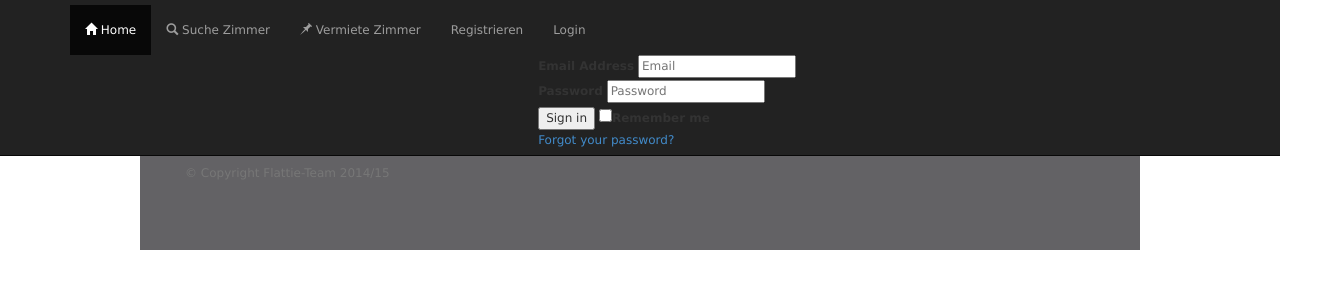
Repository: ese-unibe-ch/ese2014-team2
Page: http://localhost/Skeleton/pages/ads.jsp
These files come from the project's save history. The page is drawn as it stood at one moment and after the next save; the edit follows.
The browser window is 1280 px wide. The page is 1335 px wide, so the pictures cover 1335 px, including what lies to the right of the window. The pictures show the whole page.
Some web libraries are served in a nearby version. The page is served by Tomcat 9. Nobody is signed in. The application's start-up code is not run. Other server files are loaded and not shown. The template is opened directly, without the code that normally fills it, so the values that code supplies are empty.

Above is the page before, as saved 2014-10-16 11:28:08.

### Skeleton/src/main/webapp/pages/ads.jsp
<%@ page language="java" pageEncoding="UTF-8" contentType="text/html;charset=utf-8" %>
<%@ taglib prefix="c" uri="http://java.sun.com/jsp/jstl/core" %>
<%@ taglib prefix="form" uri="http://www.springframework.org/tags/form" %>
<%@ taglib prefix="spring" uri="http://www.springframework.org/tags" %>


<c:import url="template/header.jsp" />


<c:forEach items="${ads}" var="ads">
    <div class="main">
    	<p class="pubimp">${ads.creationDate}</p>
    	<h1 class="newstext">${ads.title}</h1>
    	<table class="smalltable">
    		<tr>
    			<td>Creator:&nbsp;&nbsp;
    			<td>${ads.creator}
    		</tr>
    		<tr>
    			<td>Limited:&nbsp;&nbsp;
    			<td>${ads.isLimited}
    		</tr>
    		<tr>
    			<td>Rooms:&nbsp;&nbsp;
    			<td>${ads.rooms}
    		</tr>
    		<tr>
    			<td>Space:&nbsp;&nbsp;
    			<td>${ads.space}
    		</tr>
    		<tr>
    			<td>Description:&nbsp;&nbsp;
    			<td>${ads.description}
    		</tr>
    		<tr>
		<td><a href="../">Back</a>
		<td><a href="adprofile?adId=${ads.id}">Details</a>
	</td>
    	</table>
    </div>
</c:forEach>



	<c:if test="${page_error != null }">
        <div class="alert alert-error">
            <button type="button" class="close" data-dismiss="alert">&times;</button>
            <h4>Error!</h4>
                ${page_error}
        </div>
    </c:if>


<c:import url="template/footer.jsp" />

### Skeleton/src/main/webapp/pages/template/header.jsp
<!DOCTYPE html>
<html lang="en">
<http use-expressions="true">


    	<meta charset="utf-8">

    	<title>Flattie</title>

    	<link rel="stylesheet" type="text/css" href="css/stylesheet.css" media="all"/>
    	<link rel="stylesheet" type="text/css" href="css/bootstrap.min.css" media="screen" />
    	<link rel="shortcut icon" href="img/favicon.ico"/>
    	<script type="text/javascript" src="http://code.jquery.com/jquery-2.1.1.min.js"></script>
		<script src="http://ajax.googleapis.com/ajax/libs/jquery/1.4.2/jquery.min.js?ver=1.4.2"></script>
    	<script type="text/javascript"  src="dn.com/bootstrap/3.2.0/js/bootstrap.min.js"></script>
    	<script src="js/login.js"></script>


    	<!-- HTML5 shim, for IE6-8 support of HTML5 elements -->
    	<!--[if lt IE 9]>
    	<script src="http://html5shim.googlecode.com/svn/trunk/html5.js"></script>
    	<![endif]-->
<!--   WASTE!
    	<style>
        	body {
         	   padding-top: 60px; /* 60px to make the container go all the way to the bottom of the topbar */
        	}
    	</style>
    -->



</head>
<body>
<%@ page language="java" pageEncoding="UTF-8" contentType="text/html;charset=utf-8" %>
<%@ taglib prefix="c" uri="http://java.sun.com/jsp/jstl/core" %>
<%@ taglib prefix="form" uri="http://www.springframework.org/tags/form" %>
<%@ taglib prefix="spring" uri="http://www.springframework.org/tags" %>
<%@ taglib prefix="security" uri="http://www.springframework.org/security/tags" %>

   	  <link href="http://ajax.googleapis.com/ajax/libs/jqueryui/1.8/themes/ui-lightness/jquery-ui.css" rel="stylesheet" type="text/css"/>
      <script src="http://ajax.googleapis.com/ajax/libs/jquery/1.5/jquery.min.js"></script>
      <script src="http://ajax.googleapis.com/ajax/libs/jqueryui/1.8/jquery-ui.min.js"></script>

      <script>
      $(document).ready(function() {
        $("#datepicker").datepicker();
      });
      </script>

       <script>
      $(document).ready(function() {
        $("#datepicker2").datepicker();
      });
      </script>

<security:authorize access="isAnonymous()">
    <!-- Fixed navbar -->
    <nav class="navbar navbar-inverse navbar-fixed-top" role="navigation">
      <div class="container">
        <div class="navbar-header">
          <button type="button" class="navbar-toggle collapsed" data-toggle="collapse" data-target="#navbar" aria-expanded="false" aria-controls="navbar">
            <span class="sr-only">Toggle navigation</span>
            <span class="icon-bar"></span>
            <span class="icon-bar"></span>
            <span class="icon-bar"></span>
          </button>

        </div>
        <div id="navbar" class="navbar-collapse collapse">
          <ul class="nav navbar-nav">
            <li class="active"><a href="/Skeleton"><span class="glyphicon glyphicon-home" aria-hidden="true"></span> Home  </a></li>
            <li><a href="unfilteredAds" id="navads"><span class="glyphicon glyphicon-search" aria-hidden="true"></span><span> Suche Zimmer  </span></a>
            <li><a href="placead" id="navpads"><span class="glyphicon glyphicon-pushpin" aria-hidden="true"></span><span> Vermiete Zimmer  </span></a>
            <li><a href="register">Registrieren</a></li>
            <li><a href="#" id="loginButton"><span>Login</span><em></em></a>

                <div style="clear:both"></div>
                <div id="loginBox">
                    <form id="loginForm" name="loginForm" action="<c:url value='j_spring_security_check' />" method="POST">
                        <fieldset id="body">
                            <fieldset>
                                <label for="email">Email Address</label>
                                <input type="text" name="j_username" id="email" placeholder="Email" />
                            </fieldset>
                            <fieldset>
                                <label for="password">Password</label>
                                <input type="password" name="j_password" id="password" placeholder="Password" />
                            </fieldset>
                            <input type="submit" id="login" value="Sign in" />
                            <label for="checkbox"><input type="checkbox" id="checkbox" />Remember me</label>
                        </fieldset>
                        <span><a href="#">Forgot your password?</a></span>
                    </form>
                </div></li>
          </ul>
        </div><!--/.nav-collapse -->
      </div>
    </nav>
</security:authorize>

<security:authorize access="isAuthenticated()">
	    <!-- Fixed navbar -->
    <nav class="navbar navbar-inverse navbar-fixed-top" role="navigation">
      <div class="container">
        <div class="navbar-header">
          <button type="button" class="navbar-toggle collapsed" data-toggle="collapse" data-target="#navbar" aria-expanded="false" aria-controls="navbar">
            <span class="sr-only">Toggle navigation</span>
            <span class="icon-bar"></span>
            <span class="icon-bar"></span>
            <span class="icon-bar"></span>
          </button>
        </div>
        <div id="navbar" class="navbar-collapse collapse">
          <ul class="nav navbar-nav">
            <li class="active"><a href="/Skeleton"><span class="glyphicon glyphicon-home" aria-hidden="true"></span>  Home</a></li>
            <li><a href="unfilteredAds" id="navads"><span class="glyphicon glyphicon-search" aria-hidden="true"></span><span>  Suche Zimmer  </span><em></em></a>
            <li><a href="placead" id="navpads"><span class="glyphicon glyphicon-pushpin" aria-hidden="true"></span><span>  Vermiete Zimmer  </span> <em></em></a>
            <li><a href="myprofile">Profil</a></li>
            <c:choose>
			<c:when test="${messageNmbr > 0}">
				<li><a href="myinbox">Briefkasten <span style="background-color:#CC0000" class="badge"> +</span></a></li>
			</c:when>
			<c:otherwise>
				<li><a href="myinbox">Briefkasten </a></li>
			</c:otherwise>
		</c:choose>

            <li class="hover_drop_down">
          		<a href="#" class="dropdown-toggle" data-toggle="dropdown" role="button" aria-expanded="false">Inserate <span class="caret"></span></a>
          			<ul class="dropdown-menu" role="menu">
            			<li><a href="myads">Inserate</a></li>
            			<li class="divider"></li>
            			<li><a href="appointments?showTab=1">Besichtigungen</a></li>
            			<li class="divider"></li>
            			<li><a href="bookmarks"><span class="glyphicon glyphicon-star" aria-hidden="true"></span>   Favoriten</a></li>
            			<li class="divider"></li>
            			<li><a href="showInteressentsOverview">Interessenten</a></li>
          			</ul>
        	</li>



            <li><a href="logout"><span class="glyphicon glyphicon-log-out" aria-hidden="true"></span>   Logout  </a></li>
          </ul>
        </div><!--/.nav-collapse -->
      </div>
    </nav>
</security:authorize>

<div id="push_header"></div>


<c:if test="${isIndexPage eq true}">
<div id="header">

    <!-- Carousel
    ================================================== -->
    <div id="myCarousel" class="carousel slide">
      <div class="carousel-inner">
        <div class="item active">
          <!--<img src="img/slider/Fotolia_30977559_XS.jpg" alt="slide 1">-->
          <img src="img/slider_orange.gif" alt="Slide1">
          <div class="container">
            <div class="carousel-caption">
            	<h1><font color="#D5DED9">Flattie</font></h1>
            	<p><font color="black" size="4">Ein WG Zimmer vermieten war noch nie so einfach!</font></p>
            	<p><font color="black" size="4">Probiere es jetzt aus und melde dich <a href="register"><b>HIER</b></a> an!</font></p>
            </div>
          </div>
        </div>
        <div class="item">
          <img src="img/slider_fancyblue.gif" alt="Slide2">
          <div class="container">
            <div class="carousel-caption">
            	<h1><font color="#948C75">Flattie </font></h1>
            	<p><font color="black" size="4"> Finde dein Traumzimmer mit wenigen Klicks!</font><p>
            </div>
          </div>
        </div>
       <!--   <div class="item">
          <img src="img/slider_lightmarine.gif" alt="Slide3">
          <div class="container">
            <div class="carousel-caption">
            	<h1><font color="#D9CEB2">"Öppis sinnvolles!" - Mathias Fuchs 26.11.14 11:50</font></h1>
            	<p><font color="black">HAIL TO THE KING!</font></p>
            </div>
          </div>
        </div>-->
      </div>
      <!-- Controls -->
      <a class="left carousel-control" href="#myCarousel" data-slide="prev"><span class="fa fa-chevron-left fa-2x"></span></a>
      <a class="right carousel-control" href="#myCarousel" data-slide="next"><span class="fa fa-chevron-right fa-2x"></span></a>
    </div>
    <!-- /.carousel -->

<script src="http://codeorigin.jquery.com/jquery-1.10.2.min.js"></script>
<script src="//netdna.bootstrapcdn.com/bootstrap/3.0.3/js/bootstrap.min.js"></script>
<script>
	$('#myCarousel').carousel({
		interval:   6000
	});
</script>

</div>	<!--  END OF #header -->
</c:if>


<div id="container_background">
	<div class="container">

### Skeleton/src/main/webapp/css/stylesheet.css
/*

	OWN STYLESHEET OF DOOM

*/
/*
	better reset first
*/

html, body, div, span, applet, object, iframe,
h1, h2, h3, h4, h5, h6, p, blockquote, pre,
a, abbr, acronym, address, big, cite, code,
del, dfn, em, img, ins, kbd, q, s, samp,
small, strike, strong, sub, sup, tt, var,
b, u, i, center,
dl, dt, dd, ol, ul, li,
fieldset, form, label, legend,
table, caption, tbody, tfoot, thead, tr, th, td,
article, aside, canvas, details, embed,
figure, figcaption, footer, header, hgroup,
menu, nav, output, ruby, section, summary,
time, mark, audio, video {
	margin: 0;
	padding: 0;
	border: 0;
	font-size: 100%;
	font: inherit;
	vertical-align: baseline;
}
/* HTML5 display-role reset for older browsers */
article, aside, details, figcaption, figure,
footer, header, hgroup, menu, nav, section {
	display: block;
}
body {
	line-height: 1;
}
ol, ul {
	list-style: none;
}
blockquote, q {
	quotes: none;
}
blockquote:before, blockquote:after,
q:before, q:after {
	content: '';
	content: none;
}
table {
	border-collapse: collapse;
	border-spacing: 0;
}

/*

	New Content after reset starts here!

	Quicklist:
		- Lightblue colorset: 	#3fa9f5
		- Headerwhite: 			#f9f9f9
		- Container grey:		#e0e0e0
		- Footer black: 		#636265
*/



body {
	padding:0;
	margin:0;
	background-color:#3fa9f5;
}

.main {
	margin:10px;
	line-height:15px;
	padding-bottom:2px;
	text-transform:none;
	font-family:Verdana, Arial, Helvetica, sans-serif;
	font-size:12px;
	font-weight:none;
	padding-bottom:5px;
	padding:5px;
	width:900px;
	margin-left:auto;
	margin-right:auto;
	margin-top: 5px;
	margin-bottom: 5px;
	background-color:white;
	border-top-left-radius: 5pt 5pt;
 	border-top-right-radius: 5pt 5pt;
  	border-bottom-right-radius: 5pt 5pt;
  	border-bottom-left-radius: 5pt 5pt;
}


#loginbar {
	height:35px;
	background-color:black;
	widht:100%;
}

#header {
	background-color:#f9f9f9;
	height:200px;
	width:100%;
	border-bottom-right-radius: 5pt 5pt;
  	border-bottom-left-radius: 5pt 5pt;
}

#header_wrapper {
	padding-top:3%;
	width:900px;
	margin-left:auto;
	margin-right:auto;
}

#header h1 {
	text-transform:uppercase;
	text-decoration:none;
	font-family:Verdana, Arial, Helvetica, sans-serif;
	font-size:25px;
	font-weight:bold;
}

#header p {
	text-transform:uppercase;
	text-decoration:none;
	font-family:Verdana, Arial, Helvetica, sans-serif;
	font-size:14px;
	font-weight:none;
}

.container {
	margin-left:auto;
	margin-right:auto;
	width:900px;
	height:100%;
	text-transform:none;
	text-decoration:none;
	font-family:Verdana, Arial, Helvetica, sans-serif;
	font-size:12px;
	font-weight:none;
	padding:5px;
}

.container h1 {
	text-transform:uppercase;
	text-decoration:none;
	font-family:Verdana, Arial, Helvetica, sans-serif;
	font-size:16px;
	font-weight:bold;
	padding:10px;
}

.container p {
	text-transform:none;
	text-decoration:none;
	font-family:Verdana, Arial, Helvetica, sans-serif;
	font-size:12px;
	font-weight:none;
	padding:5px;
}

#container_background {

	margin-left:auto;
	margin-right:auto;
	width:1000px;
	height:100%;
	/* background-color:#e0e0e0; */
	border-top-left-radius: 5pt 5pt;
 	border-top-right-radius: 5pt 5pt;
  	border-bottom-right-radius: 5pt 5pt;
  	border-bottom-left-radius: 5pt 5pt;
  	padding-bottom:120px;
}

#push {
	height:120px;
}

#footer {
	padding:25px;
	margin-left:auto;
	margin-right:auto;
	width:1000px;
	height:120px;
	background-color:#636265;
	border-top-left-radius: 5pt 5pt;
 	border-top-right-radius: 5pt 5pt;
}

#footer_wrapper {
	margin-top:-120px;
	width:100%;
	position:relative;
	bottom:0;
	left:0;
	clear:both;

}

.main_button_left_big {
	height:300px;
	width:440px;
	float:left;
/*	background-color:#f9f9f9; */
	background-color:white;
	margin:5px;
	border-top-left-radius: 5pt 5pt;
 	border-top-right-radius: 5pt 5pt;
  	border-bottom-right-radius: 5pt 5pt;
  	border-bottom-left-radius: 5pt 5pt;
}

.main_button_right_big {
	height:300px;
	width:440px;
	float:right;
/*	background-color:#f9f9f9;*/
 	background-color:white;
	margin:5px;
	border-top-left-radius: 5pt 5pt;
 	border-top-right-radius: 5pt 5pt;
  	border-bottom-right-radius: 5pt 5pt;
  	border-bottom-left-radius: 5pt 5pt;
}

.main_button_left_small {
	height:150px;
	width:440px;
	float:left;
/*	background-color:#f9f9f9; */
	background-color:white;
	margin:5px;
	border-top-left-radius: 5pt 5pt;
 	border-top-right-radius: 5pt 5pt;
  	border-bottom-right-radius: 5pt 5pt;
  	border-bottom-left-radius: 5pt 5pt;
}

.main_button_right_small {
	height:150px;
	width:440px;
	float:right;
/*	background-color:#f9f9f9;*/
 	background-color:white;
	margin:5px;
	border-top-left-radius: 5pt 5pt;
 	border-top-right-radius: 5pt 5pt;
  	border-bottom-right-radius: 5pt 5pt;
  	border-bottom-left-radius: 5pt 5pt;
}

#mbr1 {
	height:150px;
	width:150px;
	margin:auto;
	background-image:url('../img/house_add.jpg');
}

#mbl1 {
	height:150px;
	width:150px;
	margin:auto;
	background-image:url('../img/house_qm.jpg');
}

#mbr2 {
	height:150px;
	width:150px;
	margin:auto;
	background-image:url('../img/ppl_add.jpg');
}

#mbl2 {
	height:150px;
	width:150px;
	margin:auto;
	background-image:url('../img/pplqm.jpg');
}


/*
	SOCIAL MEDIA IN FOOTER

*/

#socialmedia {
	float:right;
	display:inline;
	margin-top:25px;
	margin-left:auto;
	margin-right:auto;
}

#facebook {
	background-image:url("../img/facebook.jpg");
	width:66px;
	height:66px;
}

#twitter {
	background-image:url("../img/twitter.jpg");
	width:66px;
	height:66px;
}

#gplus {
	background-image:url("../img/gplus.jpg");
	width:66px;
	height:66px;
}

#rss {
	background-image:url("../img/rss.jpg");
	width:66px;
	height:66px;
}

/*
	TABLES

*/
.signupform {
	margin-left:auto;
	margin-right:auto;
}

.signupform tr{
	height:50px;
}

/*
	BUTTONS

*/

.btnblue {
	margin:10px;
	border:none;
	height:50px;
	width:100px;
	text-transform:uppercase;
	text-decoration:none;
	font-family:Verdana, Arial, Helvetica, sans-serif;
	font-size:14px;
	font-weight:bold;
	background-color:#3fa9f5;
	border-top-left-radius: 5pt 5pt;
 	border-top-right-radius: 5pt 5pt;
  	border-bottom-right-radius: 5pt 5pt;
  	border-bottom-left-radius: 5pt 5pt;
}

.btnred {
	margin:10px;
	border:none;
	height:50px;
	width:100px;
	text-transform:uppercase;
	text-decoration:none;
	font-family:Verdana, Arial, Helvetica, sans-serif;
	font-size:14px;
	font-weight:bold;
	background-color:#f53f3f;
	border-top-left-radius: 5pt 5pt;
 	border-top-right-radius: 5pt 5pt;
  	border-bottom-right-radius: 5pt 5pt;
  	border-bottom-left-radius: 5pt 5pt;
}

/*

	CONTROL CLASSES COPIED FROM main.css
*/
.controls input {
	padding: 10px;
  border: solid 1px #fff;
  box-shadow: inset 1px 1px 2px 0 #707070;
  transition: box-shadow 0.3s;
  border-top-left-radius: 5pt 5pt;
 	border-top-right-radius: 5pt 5pt;
  	border-bottom-right-radius: 5pt 5pt;
  	border-bottom-left-radius: 5pt 5pt;
}

.controls input:focus,
.controls input.focus {
	box-shadow: inset 1px 1px 2px 0 #c9c9c9;
  border-top-left-radius: 5pt 5pt;
 	border-top-right-radius: 5pt 5pt;
  	border-bottom-right-radius: 5pt 5pt;
  	border-bottom-left-radius: 5pt 5pt;
}

/*
.controls input[type="text"] {
  padding: 10px;
  border: solid 1px #fff;
  box-shadow: inset 1px 1px 2px 0 #707070;
  transition: box-shadow 0.3s;
  border-top-left-radius: 5pt 5pt;
 	border-top-right-radius: 5pt 5pt;
  	border-bottom-right-radius: 5pt 5pt;
  	border-bottom-left-radius: 5pt 5pt;
}
.controls input[type="text"]:focus,
.controls input[type="text"].focus {
  box-shadow: inset 1px 1px 2px 0 #c9c9c9;
  border-top-left-radius: 5pt 5pt;
 	border-top-right-radius: 5pt 5pt;
  	border-bottom-right-radius: 5pt 5pt;
  	border-bottom-left-radius: 5pt 5pt;
}
*/

Loaded but not shown: Skeleton/src/main/webapp/pages/template/footer.jsp (common file); Skeleton/src/main/webapp/css/bootstrap.min.css (library); Skeleton/src/main/webapp/js/bootstrap.min.js (library); Skeleton/src/main/webapp/js/login.js (no copy from this time; the picture is the same without it)

After the next save:
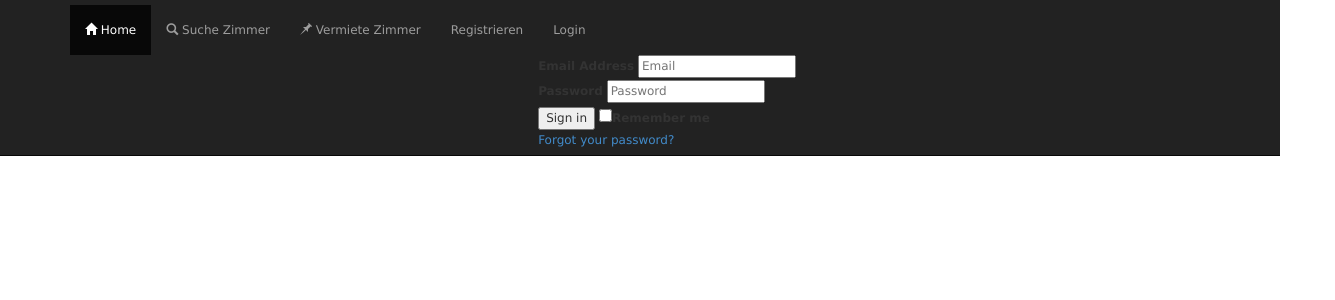
Saved 59 s later.
--- a/Skeleton/src/main/webapp/css/stylesheet.css
+++ b/Skeleton/src/main/webapp/css/stylesheet.css
@@ -161,20 +161,21 @@ body {
 	padding:5px;
 }
 
+/*
 #container_background {
 
 	margin-left:auto;
 	margin-right:auto;
 	width:1000px;
 	height:100%;
-	/* background-color:#e0e0e0; */
+	background-color:#e0e0e0;
 	border-top-left-radius: 5pt 5pt;
  	border-top-right-radius: 5pt 5pt;
   	border-bottom-right-radius: 5pt 5pt;
   	border-bottom-left-radius: 5pt 5pt;
   	padding-bottom:120px;
 }
-
+*/
 #push {
 	height:120px;
 }
